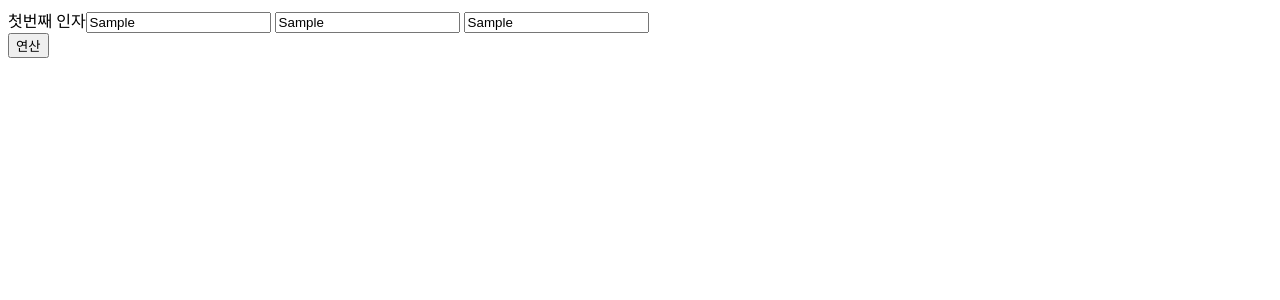
Repository: yeojeonghyeon/sixth
Page: java/ScriptWorld/WebContent/ui/MyApp.html
The author's editor kept a copy of each file at every save. The page is drawn from the files as they stood at one save, then again after the next save.
The browser window is 1280 px wide. The pictures show the whole page.
Empty fields were first filled with sample values (such as "Sample", 5 or name@example.com).
After loading, the first visible `#performBtn` was clicked once.

Above is the page before, as saved 2019-04-22 07:52:40.

After the next save:
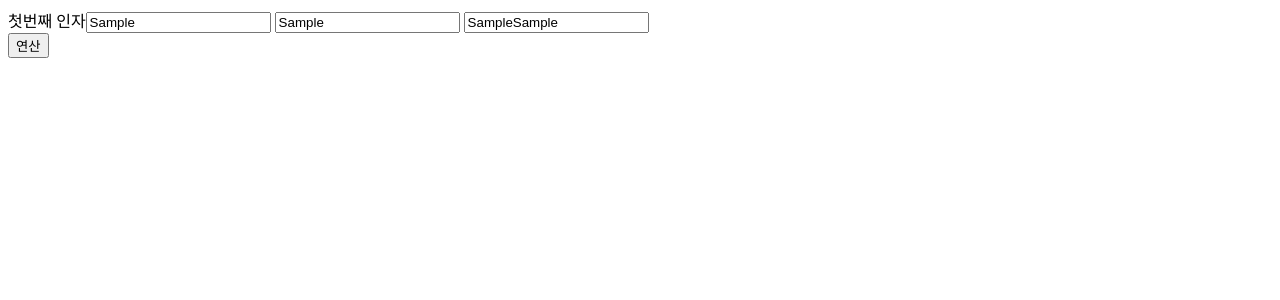
Saved 91 s later.
--- a/java/ScriptWorld/WebContent/ui/MyApp.html
+++ b/java/ScriptWorld/WebContent/ui/MyApp.html
@@ -12,6 +12,7 @@ document.addEventListener("DOMContentLoaded", function(){
 		var firstOp = document.getElementById("firstOp");
 		var secondOp = document.getElementById("secondOp");
 		var result = document.getElementById("result");
+		result.value = firstOp.value+secondOp.value;
 	});
 });
 </script>
